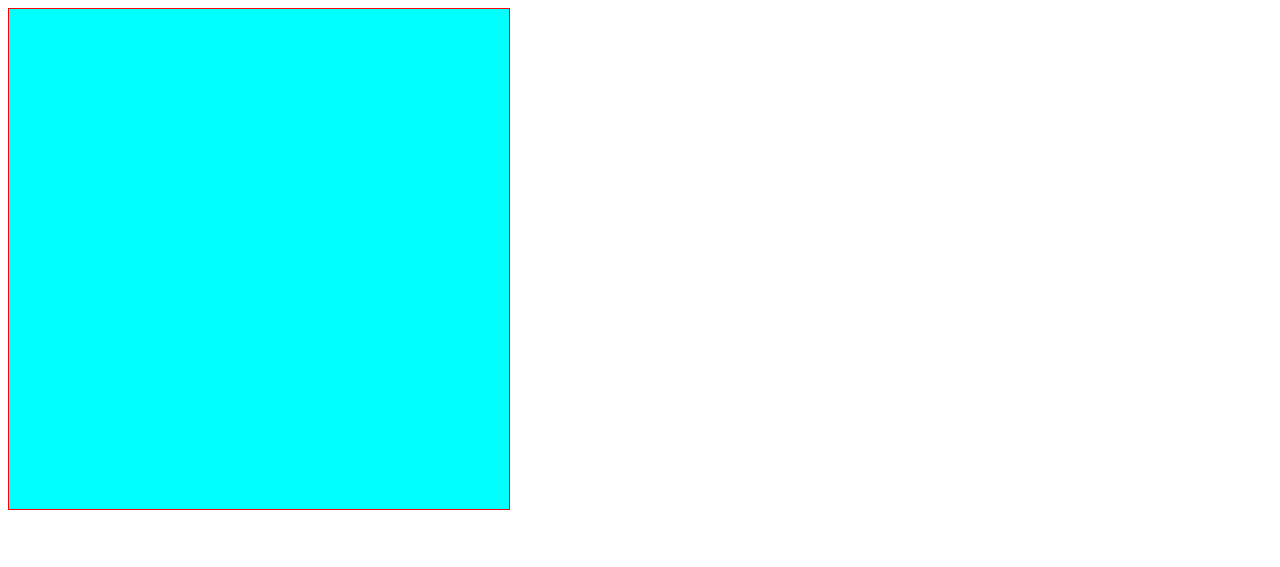
Repository: pwy114pwy/project_01
Page: 01.html
These files come from the project's save history. The page is drawn as it stood at one moment and after a run of saves; the edit follows.
The browser window is 1280 px wide. The pictures show the whole page.

Above is the page before, as saved 2022-12-23 13:40:08.

After the next 4 saves:
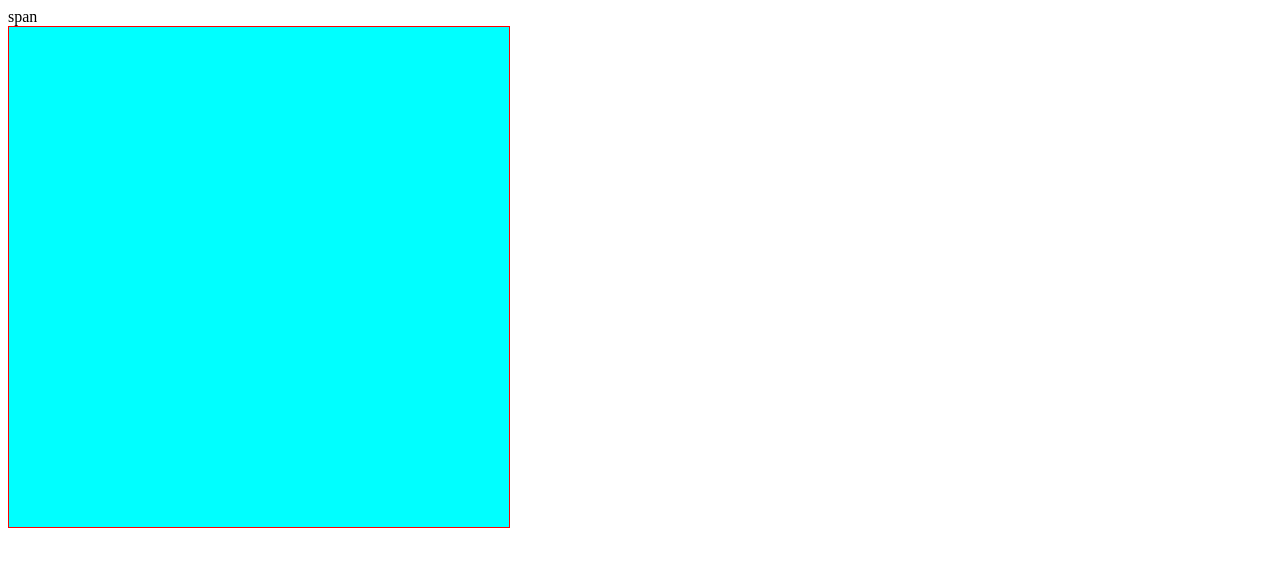
The 4 saves are shown as one change because they came seconds apart.
The last was saved 10 s later.
--- a/01.html
+++ b/01.html
@@ -16,7 +16,7 @@
     </style>
 </head>
 <body>
-    <span></span>
+    <span>span</span>
     <div class="main">
         <div class="item"></div>
         <div class="item"></div>
